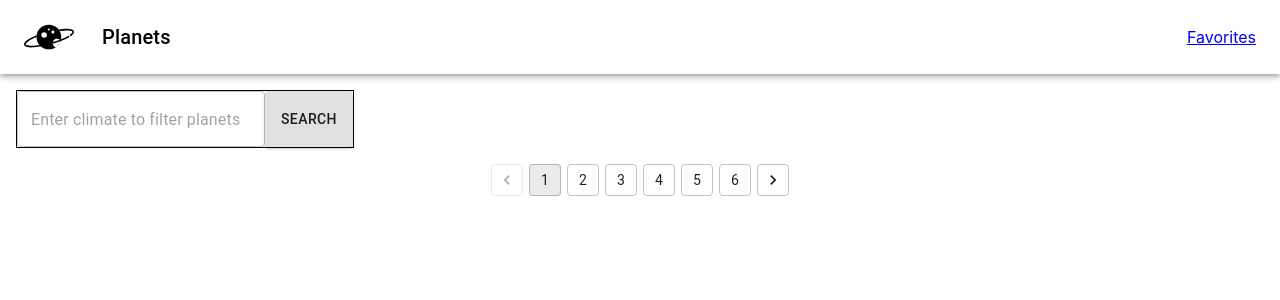
Repository: samridhie01/assignment
Page: /
An editor plug-in stored every save of this project. The page is shown before and after the next save, followed by the edit.
The browser window is 1280 px wide. The pictures show the whole page.
The page's requests for data from a server got no answer. The project was rebuilt for these pictures with package versions that can differ from the ones it lists, and the page was loaded fresh each time. A package was used in the major version that the imports need, not the one package.json lists. No one was signed in, and anything a server would have sent is missing. Also part of the build but not shown: src/components/planets/PlanetTile.tsx, src/components/planets/Planets.tsx, src/components/details/SpecificPlanetRetrievalService.ts, src/components/details/Details.tsx, src/components/favorites/Favorites.tsx.

Above is the page before, as saved 2020-08-21 18:42:16.

### src/index.tsx
import React from 'react';
import ReactDOM from 'react-dom';
import './index.css';
import App from './components/app/App';
import * as serviceWorker from './serviceWorker';
import { BrowserRouter } from 'react-router-dom';
import { Provider } from 'react-redux';
import rootReducer from './reducers';
import { createStore } from 'redux';
import store from "../src/store/index"
import { addPlanetData } from './actions';



ReactDOM.render(
  <React.StrictMode>

    <BrowserRouter>
    <Provider store={store}>
    <App />
    </Provider>
    </BrowserRouter>

  </React.StrictMode>,
  document.getElementById('root')
);

// If you want your app to work offline and load faster, you can change
// unregister() to register() below. Note this comes with some pitfalls.
// Learn more about service workers: https://bit.ly/CRA-PWA
serviceWorker.unregister();

### src/components/app/App.tsx
import React, { useEffect, useState } from "react";
import { Route, Switch } from "react-router-dom";
import HomePage from "../homePage/HomePage";
import Details from "../details/Details";
import Favorites from "../favorites/Favorites";
import { PlanetData } from "../module/types";

const App = () => {
  const [favs, setFavs] = useState<PlanetData[]>([]);

  const addToFavs = (data: any) => {
    if(favs.includes(data)){
      return;
    }
      let newArr = [...favs, data];
      setFavs(newArr);
  };

  return (
    <main>
      <Switch>
        <Route
          exact
          path="/"
          render={() => <HomePage handleAddToFavs={addToFavs} />}
        />
        <Route path="/details" component={Details} />
        <Route path="/favs" render={() => <Favorites listOfFavs={favs} />} />
      </Switch>
    </main>
  );
};
export default App;

### src/store/index.ts
import {createStore} from 'redux';
import rootReducer from '../reducers/index';

const store = createStore(rootReducer);

export default store;

### src/components/homePage/HomePage.tsx
import React, { useEffect, useState, ChangeEvent } from "react";
import { useStyles } from "./HomePageStyle";
import Header from "../header/Header";
import Planets from "../planets/Planets";
import SearchBox from "../searchBox/SearchBox";
import { getPlanetData, getPlanetDataPage } from "./PlanetRetrievalService";
import Pagination from "@material-ui/lab/Pagination";
import { PlanetData } from "../module/types";

interface PlanetOverview {
  handleAddToFavs: (element: any) => void;
}

const HomePage: React.FC<PlanetOverview> = ({ handleAddToFavs }) => {
  const [planetData, setPlanetData] = useState<PlanetData[]>([]);

  const handleNewPage = (page: number) => {
    getPlanetDataPage(page).then(res => {
      setPlanetData(res.data.results);
    });
  };

  const fetchData = () => {
    getPlanetData().then(res => {
      setPlanetData(res.data.results);
      localStorage.setItem("planetData", res.data.results);
    });
  };

  useEffect(() => {
    fetchData();
  }, []);

  const handlePageChange = (event: ChangeEvent<unknown>, value: number) => {
    handleNewPage(value);
  };

  const updatePlanetSearchResult = (key: string | null) => {

    if (key == "") {
      fetchData();
      return;
    }
    const newData = planetData.filter(data => {
      if (
        key == null ||
        data.climate.toLowerCase().includes(key.toLowerCase())
      ) {
        return data;
      }
    });
    setPlanetData(newData);
  };

  const classes = useStyles();
  if (localStorage.getItem("planetData") != null) {
  }

  return (
    <>
      <Header path="/favs" linkName={"Favorites"} />
      <div >
        <div>
        <SearchBox  handleSearch={updatePlanetSearchResult} />
        </div>
        <div >
          {planetData &&
            planetData.map((element: PlanetData, index: number) => {
              return (
                <Planets
                  data={element}
                  onSaveClick={() => {
                    handleAddToFavs(element);
                  }}

                />
              );
            })}
        </div>
      </div>

      <Pagination
        count={6}
        defaultPage={1}
        variant="outlined"
        shape="rounded"
        className={classes.indexing}
        onChange={handlePageChange}
      />
    </>
  );
};
export default HomePage;

### src/reducers/index.ts
import { ADD_PLANETDATA } from '../constants/action-types';
import { PlanetActionTypes, Planet, PlanetState } from '../store/types';

const initialState: PlanetState = {
    planetData: []
};

function rootReducer(state=initialState, action:PlanetActionTypes):PlanetState{
    if(action.type == ADD_PLANETDATA){
        return{
            planetData: [...state.planetData, action.payload]
        }
    }
    return state;
}

export default rootReducer;

### src/components/homePage/HomePageStyle.ts
import { makeStyles, createStyles, Theme } from "@material-ui/core/styles";

export const useStyles = makeStyles((theme: Theme) =>
  createStyles({
    flexContainer: {
      display: "inline-flex",
      flex: "1 0 50%",
      textAlign: "center",
      padding: "10px",
      overflow: "hidden"
    },
    item: {
      alignSelf: "flex-end",
    },
    stopShrink: {
      alignSelf: "flex-start"
    },
    indexing: {
      display: "flex",
      justifyContent: "center"
    },
    title: {
      flexGrow: 1
    }
  })
);

### src/components/header/Header.tsx
import React from "react";
import AppBar from "@material-ui/core/AppBar";
import {Toolbar, makeStyles, createStyles, IconButton, Button,Theme} from "@material-ui/core";
import {ReactComponent as PlanetIcon} from "../../assets/planet.svg";
import Typography from "@material-ui/core/Typography";
import { Link } from "react-router-dom";

const useStyles = makeStyles((theme: Theme) =>
  createStyles({
    root: {
      flexGrow: 1,
    },
    menuButton: {
      marginRight: theme.spacing(2),
    },
    title: {
      flexGrow: 1,
    },
    logo: {
       width: 50,
       height: 50
      },
  }),
);

interface HeaderProps{
  path: string,
  linkName: string
}

const Header:React.FC<HeaderProps> = ({
  path,
  linkName
})=>{
    const classes=useStyles();
return(
<AppBar color="inherit"  position="static">
    <Toolbar>
        <IconButton edge="start" className={classes.menuButton} color="inherit" aria-label="menu">
        <PlanetIcon className={classes.logo}/>
        </IconButton>
        <Typography variant="h6" className={classes.title}>
            Planets
        </Typography>
         <Link to={{pathname: `${path}`}} color="inherit">{linkName}</Link>
        {/* <Link to={{pathname: `${path}`}} color="inherit">{linkName}</Link> */}
    </Toolbar>
</AppBar>
)


}

export default Header;

### src/components/searchBox/SearchBox.tsx
import React, { useState, useEffect } from "react";
import {
  Button,
  Box,
  TextField,
  Theme,
  makeStyles,
  createStyles
} from "@material-ui/core";

const useStyles = makeStyles((theme: Theme) =>
  createStyles({
    dotted: {
      display: "flex",
      flexDirection: "column",
      width: "200%"
    }
  })
);

interface Search {
  handleSearch: (key: string|null) => void;
}

const SearchBox: React.FC<Search> = ({ handleSearch }) => {
  const [searchItem, setSearchItem] = useState<string|null>("");
  const handleSearchChange = (event: any) => {
    setSearchItem(event.target.value);

  };

  const classes = useStyles();
  return (
    <>
      <Box
        height="250%"
        border={1}
        m={2}
        display="inline-flex"
      >
        <TextField
          variant="outlined"
          onChange={handleSearchChange}
          placeholder="Enter climate to filter planets"
        />
        <Button
          variant="contained"
          onClick={() => {
            handleSearch(searchItem);
          }}
        >
          Search
        </Button>
      </Box>
    </>
  );
};

export default SearchBox;

### src/components/homePage/PlanetRetrievalService.ts
import axios from "axios";

const currentVersion = "2";
let data = localStorage.getItem("data");
let version = localStorage.getItem("version");

export const getPlanetData = async () => {
  const res = await axios({
    method: "GET",
    url: `https://swapi.dev/api/planets`
  });
  return res;
};

export const getPlanetDataPage = async (page: number) => {
  const res = await axios({
    method: "GET",
    url: `http://swapi.dev/api/planets/?page=${page}`
  });
  return res;
};

### src/constants/action-types.ts
export const ADD_PLANETDATA="ADD_PLANETDATA"

Loaded but not shown: public/index.html (common file); src/index.css (common file); src/serviceWorker.ts (common file)

After the next save:
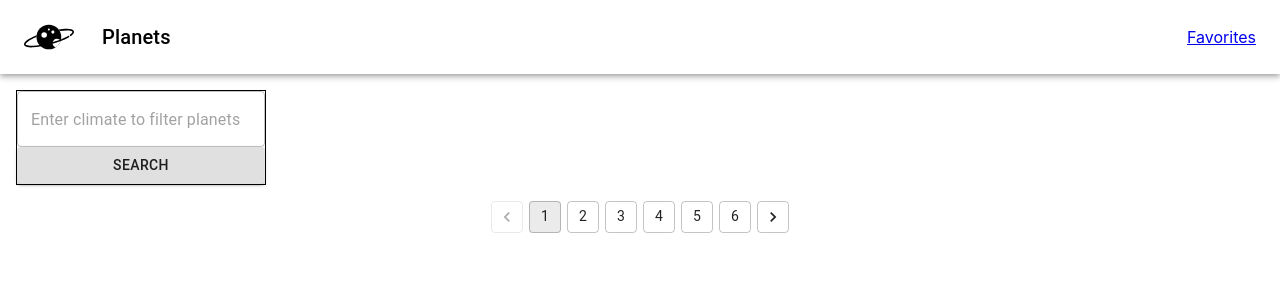
Saved 33 s later.
--- a/src/components/searchBox/SearchBox.tsx
+++ b/src/components/searchBox/SearchBox.tsx
@@ -37,6 +37,7 @@ const SearchBox: React.FC<Search> = ({ handleSearch }) => {
         border={1}
         m={2}
         display="inline-flex"
+        flexDirection="column"
       >
         <TextField
           variant="outlined"
